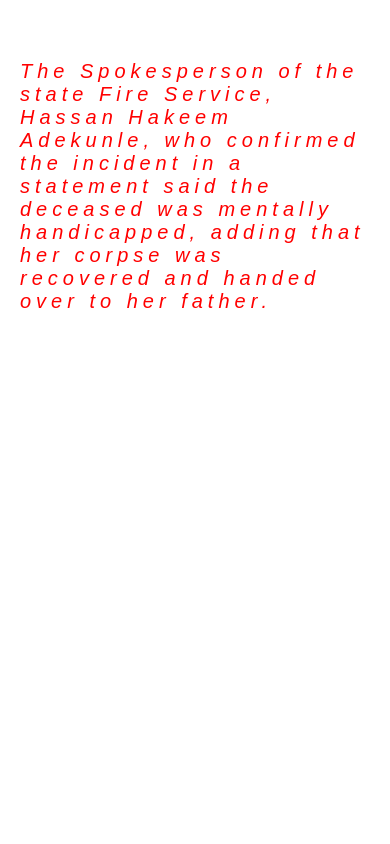
Repository: akinmiday/ReactNativeApp
Screen: /
These files come from the project's save history. The screen is drawn as it stood at one moment and after the next save; the edit follows.
The app was drawn by React Native's web renderer in a window 390 px wide. The project was rebuilt for these pictures with package versions that can differ from the ones it lists, and the page was loaded fresh each time.

Above is the screen before, as saved 2023-08-06 15:58:27.

### App.js
import { View, Text } from "react-native";
import styles from "./styles";
import { useState } from "react";

export default function App() {
  const { container, text } = styles;

  return (
    <View style={container}>
      <Text style={text}>
        The Spokesperson of the state Fire Service, Hassan Hakeem Adekunle, who
        confirmed the incident in a statement said the deceased was mentally
        handicapped, adding that her corpse was recovered and handed over to her
        father.
      </Text>
    </View>
  );
}

### styles.js
import { StyleSheet } from "react-native";

const styles = StyleSheet.create({
  container: {
    marginTop: 40,
    padding: 20,
    backgroundColor: "#fff",
    flex: 1,
  },
  input: {
    backgroundColor: "pink",
    marginTop: 20,
    padding: 20,
    marginTop: 20,
    marginBottom: 20,
  },
  text: {
    color: "red",
    fontSize: 20,
    fontFamily: "Arial",
    fontStyle: "italic",
    fontWeight: "normal",
    letterSpacing: 5,
  },
  button: {
    backgroundColor: "yellow",
    padding: 15,
    alignItems: "center",
    width: "50%",
    alignSelf: "center",
    borderWidth: 5,
    borderColor: "green",
    marginTop: 20,
  },
  item: {
    backgroundColor: "yellow",
    padding: 20,
    marginVertical: 5,
  },
  header: {
    fontSize: 15,
  },
  title: {
    fontSize: 10,
  },
});

export default styles;

After the next save:
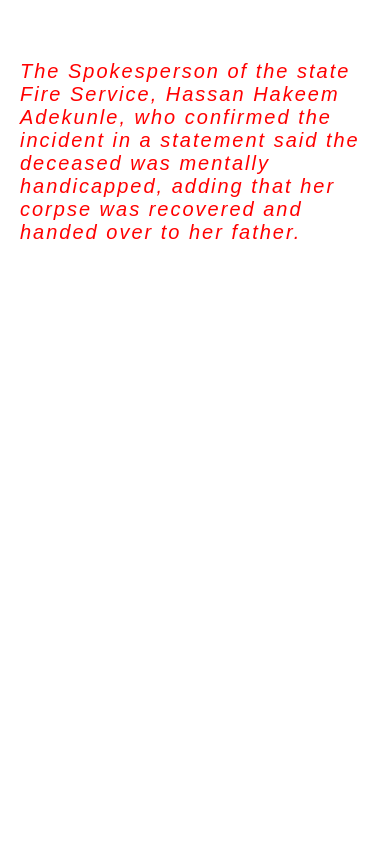
Saved 4 s later.
--- a/styles.js
+++ b/styles.js
@@ -20,7 +20,7 @@ const styles = StyleSheet.create({
     fontFamily: "Arial",
     fontStyle: "italic",
     fontWeight: "normal",
-    letterSpacing: 5,
+    letterSpacing: 2,
   },
   button: {
     backgroundColor: "yellow",
